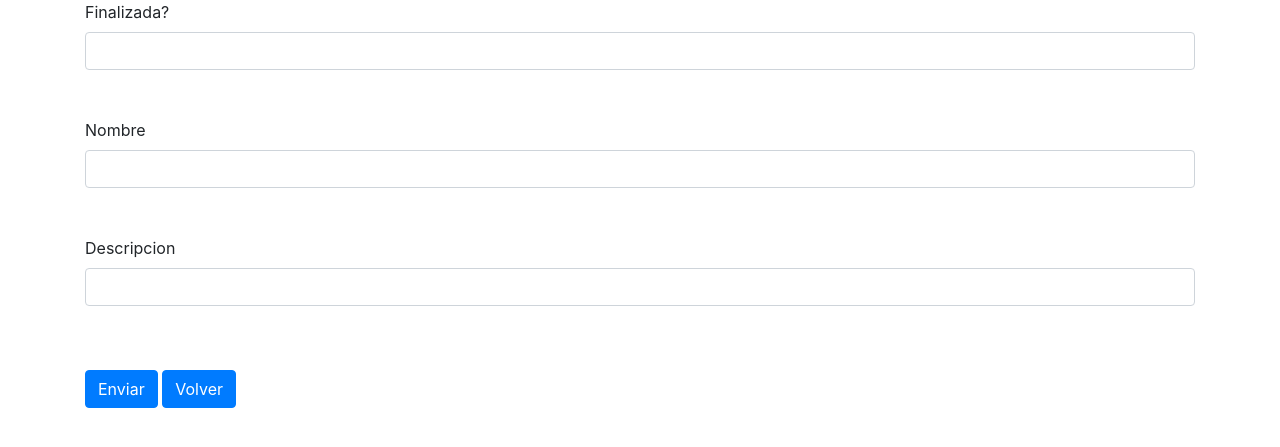
Repository: Alemartinez97/New-Repository
Page: programacion-3/tp4/tareas/formulario/form.html
These files come from the project's save history. The page is drawn as it stood at one moment and after the next save; the edit follows.
The browser window is 1280 px wide. The pictures show the whole page.

Above is the page before, as saved 2020-06-11 15:40:42.

### programacion-3/tp4/tareas/formulario/form.html

<!DOCTYPE html>
<html>

<head>
    <meta charset="utf-8" />
    <meta http-equiv="X-UA-Compatible" content="IE=edge">
    <title>Page Title</title>
    <meta name="viewport" content="width=device-width, initial-scale=1">
    <link rel="stylesheet" href="https://stackpath.bootstrapcdn.com/bootstrap/4.5.0/css/bootstrap.min.css" integrity="sha384-9aIt2nRpC12Uk9gS9baDl411NQApFmC26EwAOH8WgZl5MYYxFfc+NcPb1dKGj7Sk" crossorigin="anonymous">
</head>

<body>
    <div class="container">
        <form class="form-group">
            <label for="" >Finalizada?</label>
            <input type="text" id="estado" class="form-control"  aria-describedby="emailHelp" required><br>
        </br>
            <label for="">Nombre</label>
            <input type="text" id="nombre" class="form-control"  aria-describedby="emailHelp" required><br>
        </br>
            <label for="">Descripcion</label>
            <input type="text" id="descripcion" class="form-control"  aria-describedby="emailHelp" required><br>
        </br>
        </form>

        <button onclick="enviarDatos()" class="btn btn-primary">Enviar</button>
        <a href="../lista.html" class="btn btn-primary">Volver</a>
        <script src="../../js/tarea.js"></script>
    </div>
</body>

</html>

### programacion-3/tp4/js/tarea.js
function enviarDatos() {


    let codigo = document.getElementById("estado").value;
    let nombre = document.getElementById("nombre").value;
    let marca = document.getElementById("descripcion").value;

    let request = { estado: estado, nombre: nombre, descripcion: descripcion};

        document.getElementById("resultado").innerHTML = JSON.stringify(request);
        console.log("Detalle Tarea: ",request);
        setTimeout(function() {
            debugger
            alert("Enviado");
            document.getElementById("resultado").innerHTML = JSON.stringify(request) + "... Enviada exitosamente";
        }, 3000);
    }

After the next save:
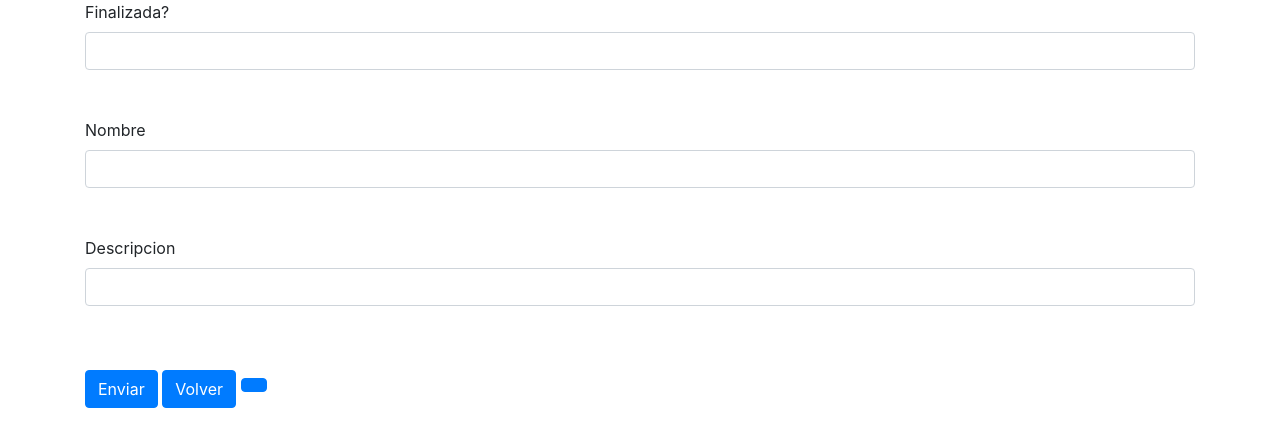
Saved 70 s later.
--- a/programacion-3/tp4/tareas/formulario/form.html
+++ b/programacion-3/tp4/tareas/formulario/form.html
@@ -26,6 +26,7 @@
 
         <button onclick="enviarDatos()" class="btn btn-primary">Enviar</button>
         <a href="../lista.html" class="btn btn-primary">Volver</a>
+        <h3 id="resultado" class="btn btn-primary"></h3>
         <script src="../../js/tarea.js"></script>
     </div>
 </body>

After the save that followed:
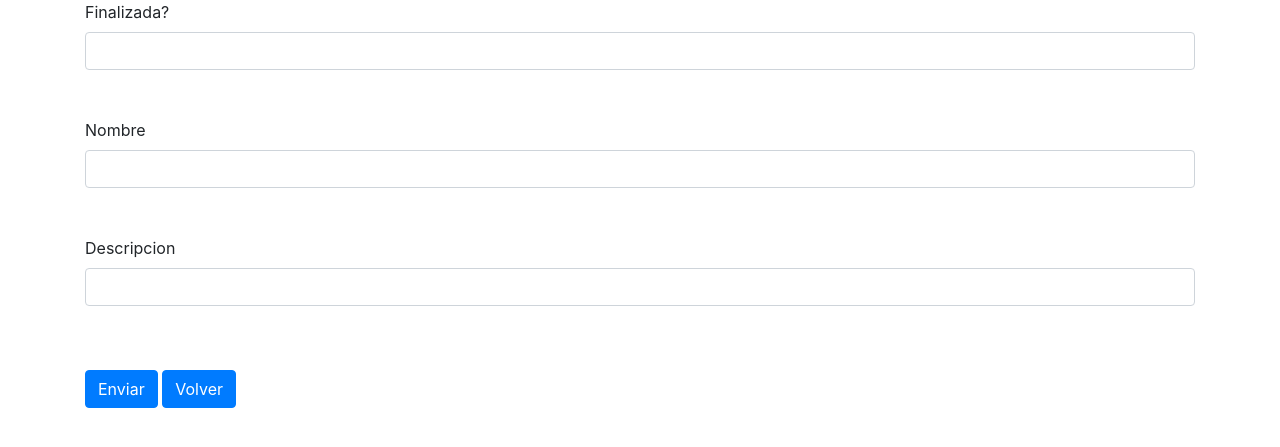
Saved 86 s later.
--- a/programacion-3/tp4/tareas/formulario/form.html
+++ b/programacion-3/tp4/tareas/formulario/form.html
@@ -26,7 +26,7 @@
 
         <button onclick="enviarDatos()" class="btn btn-primary">Enviar</button>
         <a href="../lista.html" class="btn btn-primary">Volver</a>
-        <h3 id="resultado" class="btn btn-primary"></h3>
+        <h3 id="resultado"></h3>
         <script src="../../js/tarea.js"></script>
     </div>
 </body>
